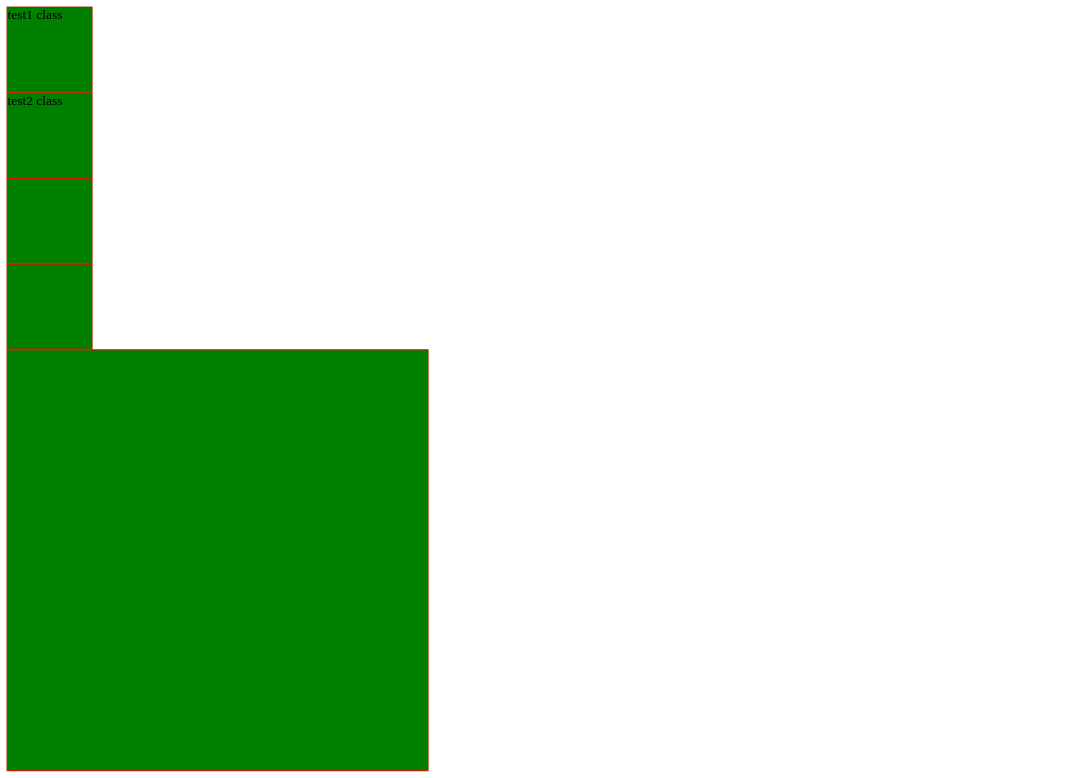
Repository: yuj1818/Hustar_JavaScript
Page: edu/edu/view/test.html
The author's editor kept a copy of each file at every save. The page is drawn from the files as they stood at one save, then again after the next save.
The browser window is 1280 px wide. The pictures show the whole page, at 84% of full size.

Above is the page before, as saved 2022-05-31 01:41:37.

After the next save:
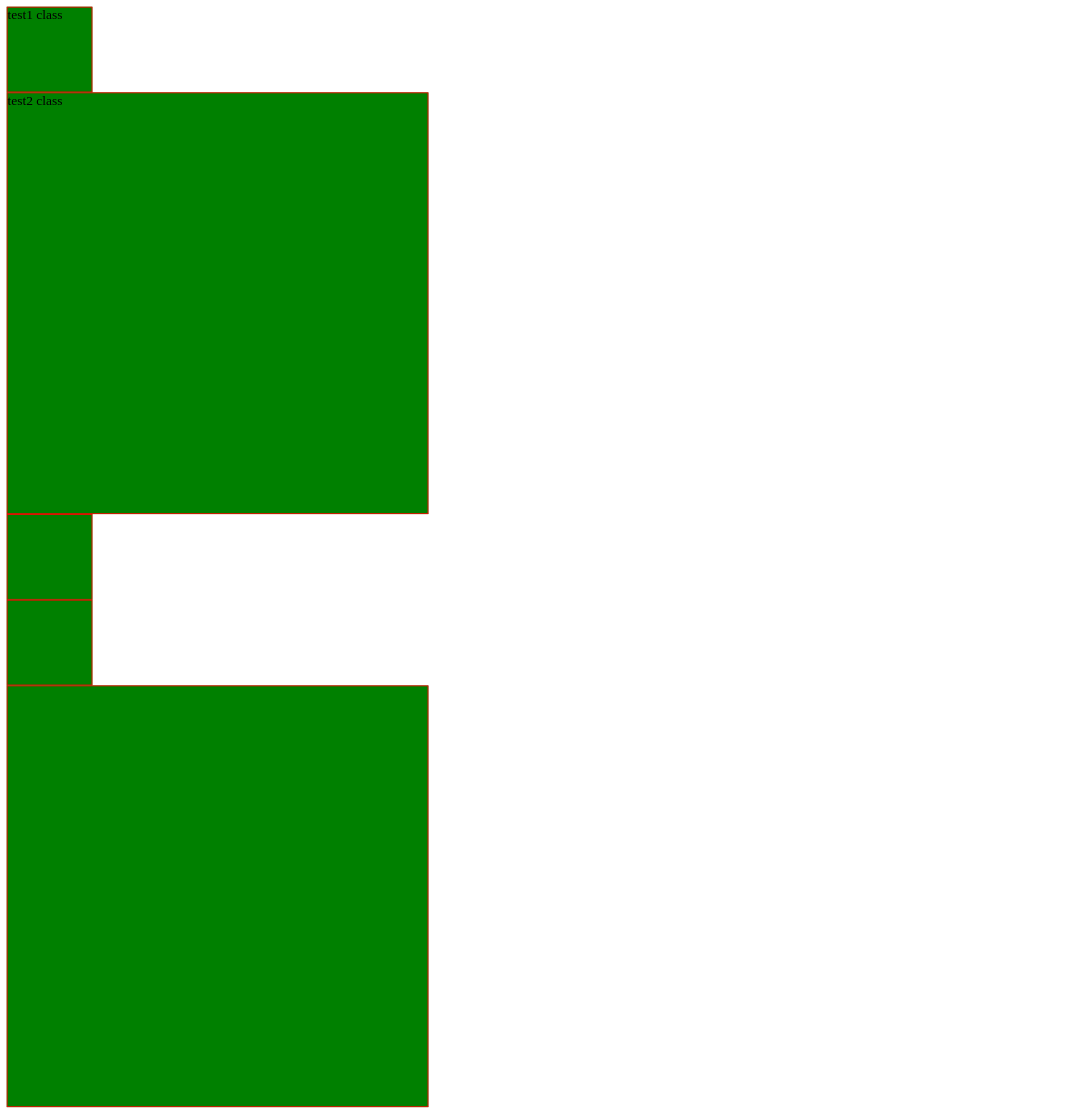
Saved 41 s later.
--- a/edu/edu/view/test.html
+++ b/edu/edu/view/test.html
@@ -20,7 +20,7 @@
 			test1 class
 		</div>
 
-		<div class="test_class" id="test_id1">
+		<div class="test_class" id="test_id">
 			test2 class
 		</div>
 
@@ -49,7 +49,7 @@
 		function test_mouseover (){
 			console.log("test_mouseover");
 
-			document.getElementById("test_id1").style.width = "500px";
+			document.getElementById("test_id").style.width = "500px";
 		}
 	</script>
 </html>
